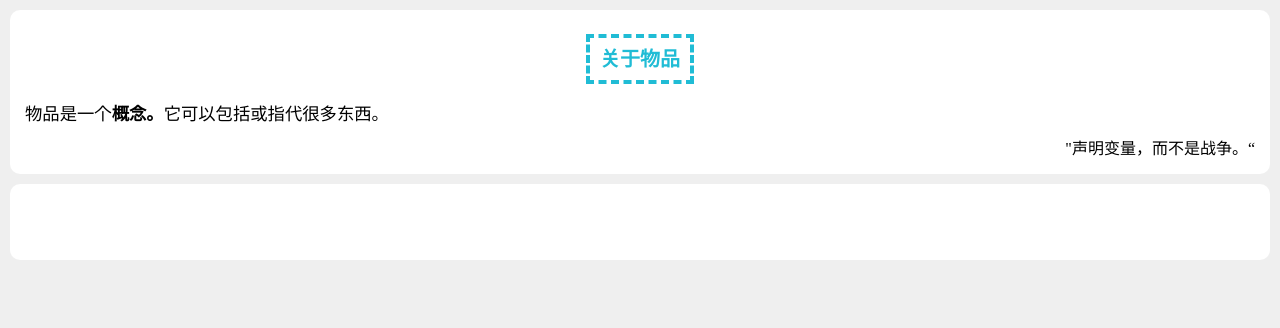
Repository: Yeyuehuke/Webstudy-Feidian
Page: 01-HTMLlearning/02-HTMLBasics/10-BlogProkectMySkills.html
These files come from the project's save history. The page is drawn as it stood at one moment and after a run of saves; the edit follows.
The browser window is 1280 px wide. The pictures show the whole page.

Above is the page before, as saved 2020-05-17 14:59:15.

After the next 3 saves:
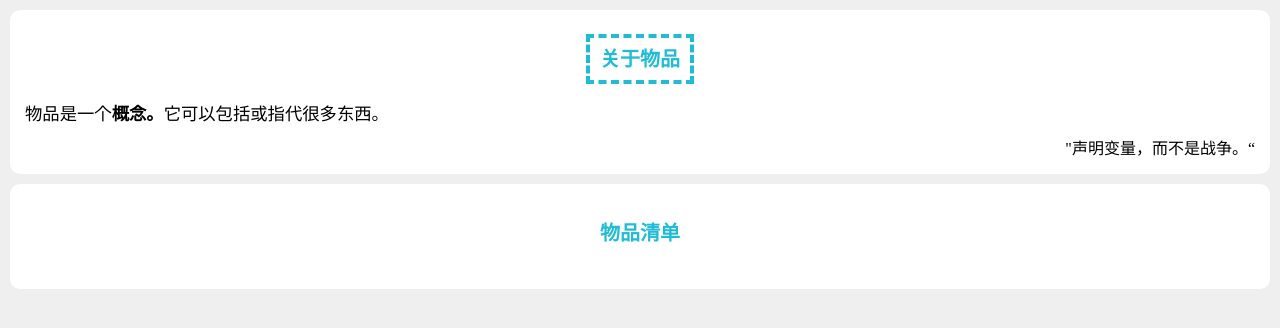
The 3 saves are shown as one change because they came seconds apart.
The last was saved 17 s later.
--- a/01-HTMLlearning/02-HTMLBasics/10-BlogProkectMySkills.html
+++ b/01-HTMLlearning/02-HTMLBasics/10-BlogProkectMySkills.html
@@ -12,7 +12,7 @@
             <p class="quote">"声明变量，而不是战争。“</p>
         </div>
         <div class="section">
-            <h1></h1>
+            <h1>物品清单</h1>
         </div>
     </body>
 </html>

After the save that followed:
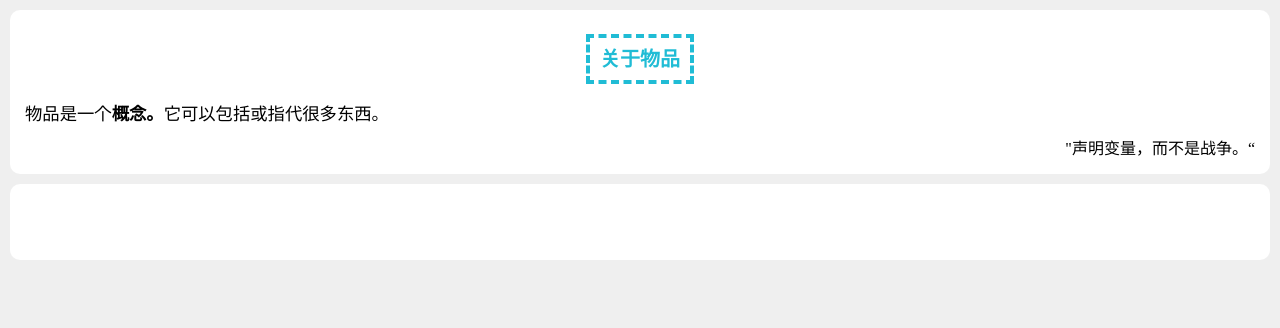
Saved 5 s later.
--- a/01-HTMLlearning/02-HTMLBasics/10-BlogProkectMySkills.html
+++ b/01-HTMLlearning/02-HTMLBasics/10-BlogProkectMySkills.html
@@ -12,7 +12,7 @@
             <p class="quote">"声明变量，而不是战争。“</p>
         </div>
         <div class="section">
-            <h1>物品清单</h1>
+            <h1></h1>
         </div>
     </body>
 </html>
